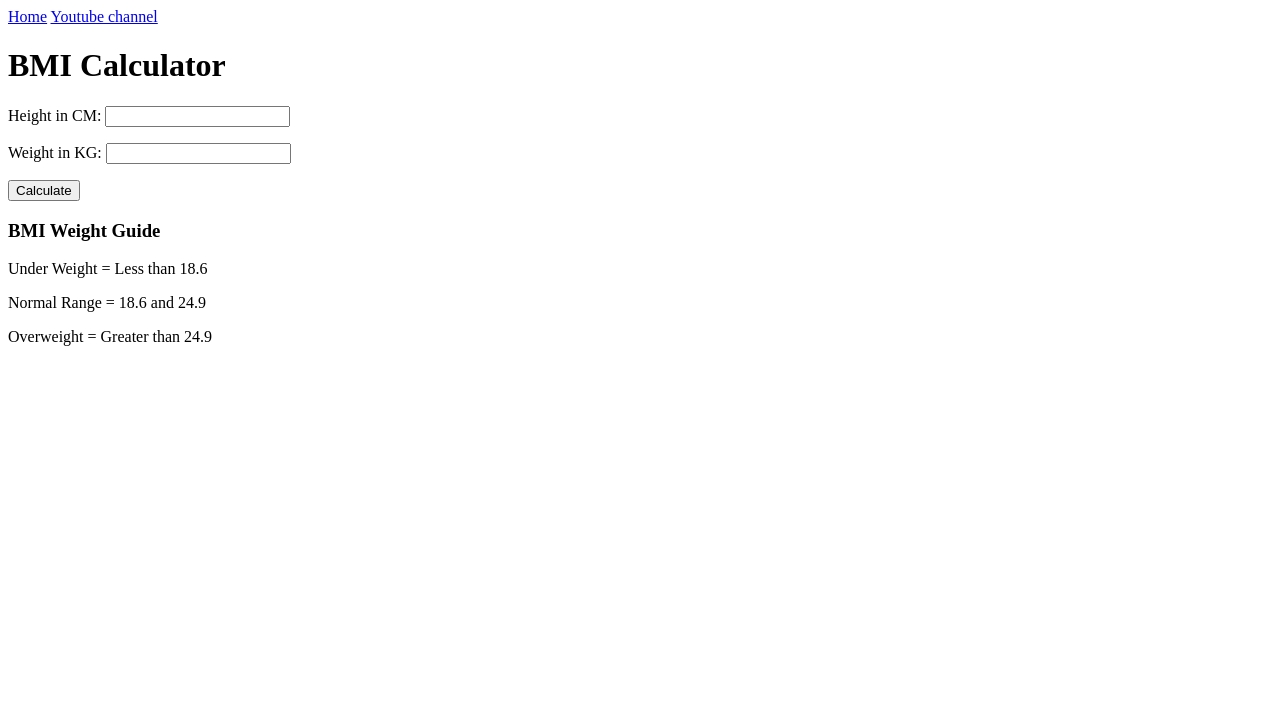
Repository: VishwaGoswami1407/JavaScript-Practice
Page: 07_projects/project2.html
These files come from the project's save history. The page is drawn as it stood at one moment and after the next save; the edit follows.
The browser window is 1280 px wide. The pictures show the whole page.

Above is the page before, as saved 2024-07-07 18:13:49.
Not found: 07_projects/chaiaurcode.js
Not found: styles.css

### 07_projects/project2.html
<!DOCTYPE html>
<html lang="en">
  <head>
    <meta charset="UTF-8" />
    <meta name="viewport" content="width=device-width, initial-scale=1.0" />
    <meta http-equiv="X-UA-Compatible" content="ie=edge" />
    <link rel="stylesheet" href="style.css" />
    <link rel="stylesheet" href="../styles.css" />
    <title>BMI Calculator</title>
  </head>
  <body>
    <nav>
      <a href="/" aria-current="page">Home</a>
      <a target="_blank" href="https://www.youtube.com/@chaiaurcode"
        >Youtube channel</a
      >
    </nav>
    <div class="container">
      <h1>BMI Calculator</h1>
      <form>
        <p><label>Height in CM: </label><input type="text" id="height" /></p>
        <p><label>Weight in KG: </label><input type="text" id="weight" /></p>
        <button>Calculate</button>
        <div id="results"></div>
        <div id="weight-guide">
          <h3>BMI Weight Guide</h3>
          <p>Under Weight = Less than 18.6</p>
          <p>Normal Range = 18.6 and 24.9</p>
          <p>Overweight = Greater than 24.9</p>
        </div>
      </form>
    </div>
  </body>
  <script src="chaiaurcode.js"></script>
</html>

### 07_projects/style2.css
.container {
    width: 575px;
    height: 825px;

    background-color: #797978;
    padding-left: 30px;
  }
  #height,
  #weight {
    width: 150px;
    height: 25px;
    margin-top: 30px;
  }

  #weight-guide {
    margin-left: 75px;
    margin-top: 25px;
  }

  #results {
    font-size: 35px;
    margin-left: 90px;
    margin-top: 20px;
    color: rgb(241, 241, 241);
  }

  button {
    width: 150px;
    height: 35px;
    margin-left: 90px;
    margin-top: 25px;
    background-color: #fff;
    padding: 1px 30px;
    border-radius: 8px;
    color: #212121;
    text-decoration: none;
    border: 2px solid #212121;

    font-size: 25px;
  }

  h1 {
    padding-left: 15px;
    padding-top: 25px;

  }

Loaded but not shown: 07_projects/style.css (common file)

After the next save:
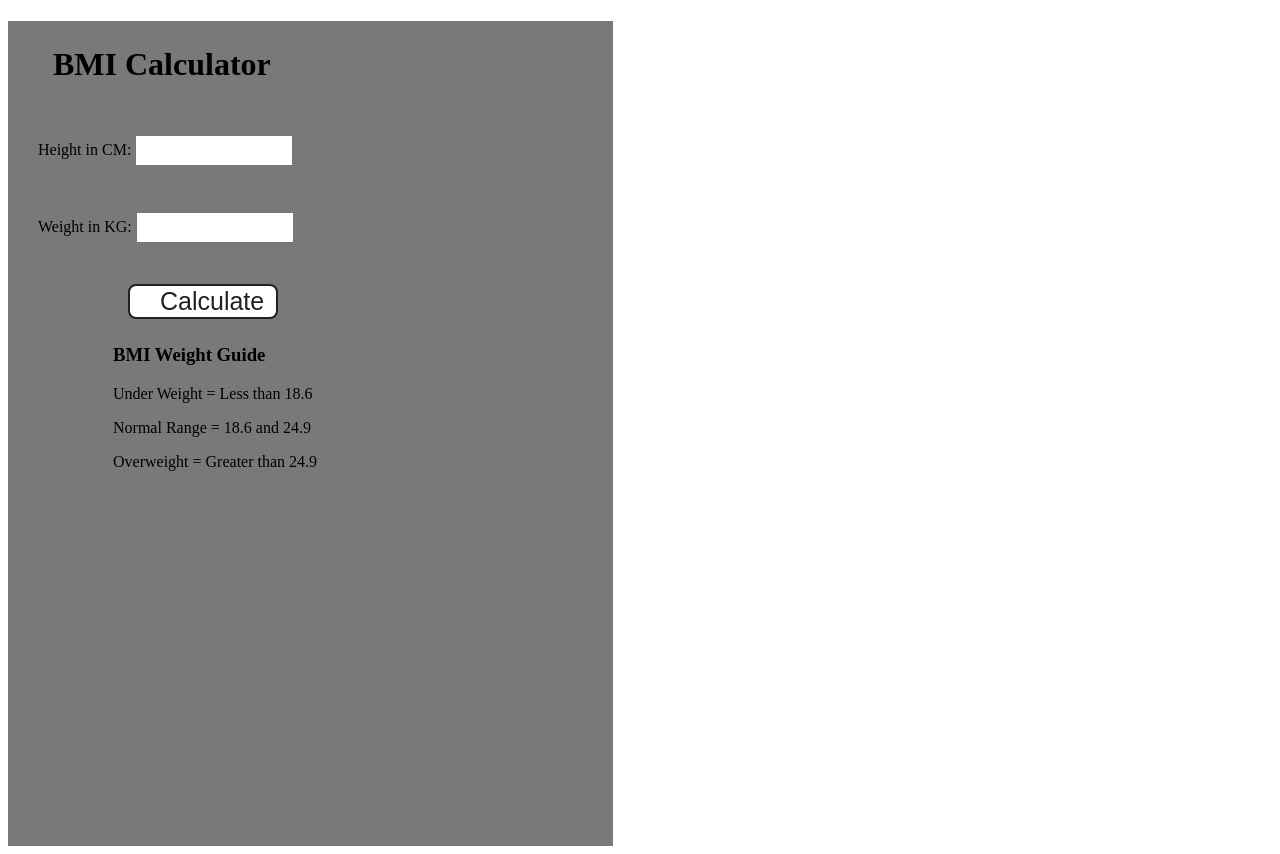
Saved 36 s later.
--- a/07_projects/project2.html
+++ b/07_projects/project2.html
@@ -4,17 +4,11 @@
     <meta charset="UTF-8" />
     <meta name="viewport" content="width=device-width, initial-scale=1.0" />
     <meta http-equiv="X-UA-Compatible" content="ie=edge" />
-    <link rel="stylesheet" href="style.css" />
-    <link rel="stylesheet" href="../styles.css" />
+    <link rel="stylesheet" href="style2.css" />
+
     <title>BMI Calculator</title>
   </head>
   <body>
-    <nav>
-      <a href="/" aria-current="page">Home</a>
-      <a target="_blank" href="https://www.youtube.com/@chaiaurcode"
-        >Youtube channel</a
-      >
-    </nav>
     <div class="container">
       <h1>BMI Calculator</h1>
       <form>
